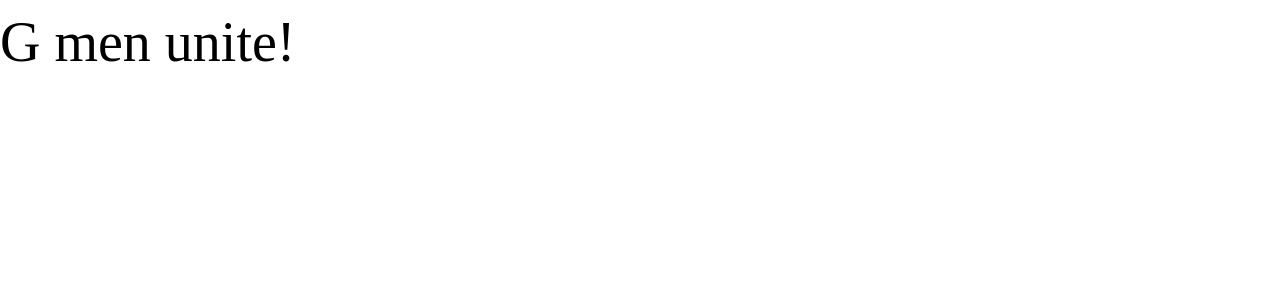
Repository: anthonybrown/website-practice
Page: index.html
These files come from the project's save history. The page is drawn as it stood at one moment and after the next save; the edit follows.
The browser window is 1280 px wide. The pictures show the whole page.

Above is the page before, as saved 2023-04-18 09:09:20.

### index.html
<!DOCTYPE html>
<html lang="en">

<head>
  <meta charset="UTF-8" />
  <link rel="icon" type="image/svg+xml" href="/vite.svg" />
  <meta name="viewport" content="width=device-width, initial-scale=1.0" />
  <title>Vite App</title>
  <link rel="preconnect" href="https://fonts.googleapis.com">
  <link rel="preconnect" href="https://fonts.gstatic.com" crossorigin>
  <link href="https://fonts.googleapis.com/css2?family=Be+Vietnam+Pro:wght@400;500;700&display=swap" rel="stylesheet">
  <link rel="stylesheet" href="style.css">
</head>

<body>
  <h1 class="fs-primary-heading">G men unite!</h1>
  <script type="module" src="/main.js"></script>
</body>

</html>

### style.css
:root {
  --clr-accent-400: hsl(12, 88%, 59%);
  --clr-accent-100: hsl(13, 100%, 96%);

  --clr-primary-400: hsl(228, 39%, 23%);

  --clr-neutral-100: hsl(232, 12%, 13%);
  --clr-neutral-900: hsl(0, 0%, 0%);

  --ff-primary: 'Be Vietnam Pro', sans-serif;

  --ff-body: var(--ff-primary);
  --ff-heading: var(--ff-primary);

  --fw-regular: 400;
  --fw-semi-bold: 500;
  --fw-bold: 700;

  --fs-300: 0.8125rem;
  --fs-400: 0.875rem;
  --fs-500: 0.9375rem;
  --fs-600: 1rem;
  --fs-700: 1.875rem;
  --fs-800: 2.5rem;
  --fs-900: 3.5rem;

  --fs-body: var(--fs-400);
  --fs-primary-heading: var(--fs-800);
  --fs-secondary-heading: var(--fs-700);
  --fs-nav: var(--fs-500);
  --fs-button: var(--fs-300);
}

@media (min-width: 50em) {
  :root {
    --fs-body: var(--fs-500);
    --fs-primary-heading: var(--fs-900);
    --fs-secondary-heading: var(--fs-800);

    --fs-nav: var(--fs-300);
  }
}

/* Box sizing rules */
*,
*::before,
*::after {
  box-sizing: border-box;
}

/* Remove default margin */

* {
  margin: 0;
  padding: 0;
  font: inherit;
}

/* Remove list styles on ul, ol elements with a list role, which suggests default styling will be removed */
ul[role='list'],
ol[role='list'] {
  list-style: none;
}

/* Set core root defaults */
html:focus-within {
  scroll-behavior: smooth;
}

html,
body {
  height: 100%;
}

/* Set core body defaults */
body {
  text-rendering: optimizeSpeed;
  line-height: 1.5;
}

/* A elements that don't have a class get default styles */
a:not([class]) {
  text-decoration-skip-ink: auto;
}

/* Make images easier to work with */
img,
svg,
picture {
  max-width: 100%;
  display: block;
}


/* Remove all animations, transitions and smooth scroll for people that prefer not to see them */
@media (prefers-reduced-motion: reduce) {
  html:focus-within {
    scroll-behavior: auto;
  }

  *,
  *::before,
  *::after {
    animation-duration: 0.01ms !important;
    animation-iteration-count: 1 !important;
    transition-duration: 0.01ms !important;
    scroll-behavior: auto !important;
  }
}

/* Utility Classes */

.text-primary-400 {
  color: var(--clr-primary-400)
}

.text-accent-400 {
  color: var(--clr-accent-400)
}

.text-neutral-100 {
  color: var(--clr-neutral-100)
}

.text-neutral-900 {
  color: var(--clr-neutral-900)
}

.bg-primary-400 {
  background-color: var(--clr-primary-400)
}

.bg-accent-400 {
  background-color: var(--clr-accent-400)
}

.bg-neutral-100 {
  background-color: var(--clr-neutral-100)
}

.bg-neutral-900 {
  background-color: var(--clr-neutral-900)
}

.fw-bold {
  font-weight: var(--fw-bold);
}

.fw-semi-bold {
  font-weight: var(--fw-semi-bold);
}

.fw-regular {
  font-weight: var(--fw-regular);
}


.fs-primary-heading {
  font-size: var(--fs-primary-heading);
}

.fs-secondary-heading {
  font-size: var(--fs-secondary-heading);
}

.fs-300 {
  font-size: var(--fs-300);
}

.fs-400 {
  font-size: var(--fs-400);
}

.fs-500 {
  font-size: var(--fs-500);
}

.fs-500 {
  font-size: var(--fs-500);
}

Loaded but not shown: main.js (empty)

After the next save:
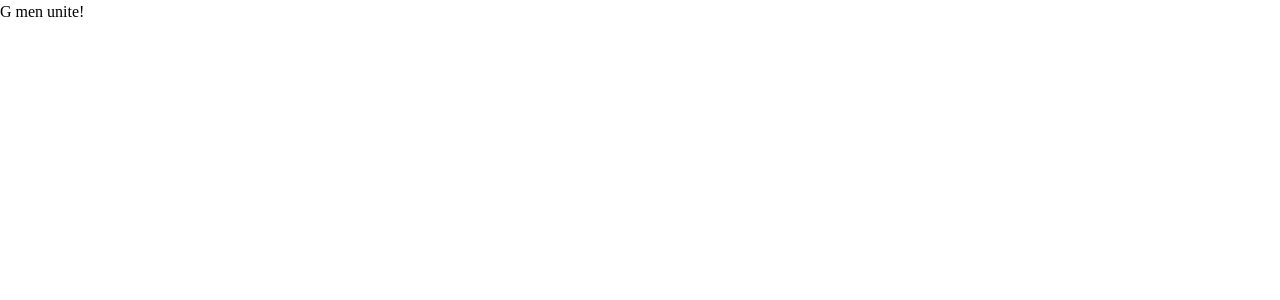
Saved 41 s later.
--- a/index.html
+++ b/index.html
@@ -13,7 +13,7 @@
 </head>
 
 <body>
-  <h1 class="fs-primary-heading">G men unite!</h1>
+  <h1 class="fs-900">G men unite!</h1>
   <script type="module" src="/main.js"></script>
 </body>
 

After the save that followed:
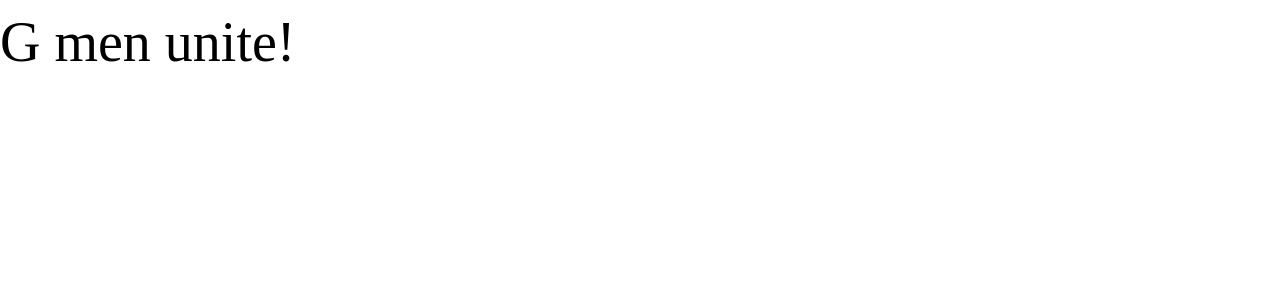
Saved 11 s later.
--- a/index.html
+++ b/index.html
@@ -13,7 +13,7 @@
 </head>
 
 <body>
-  <h1 class="fs-900">G men unite!</h1>
+  <h1 class="fs-primary-heading">G men unite!</h1>
   <script type="module" src="/main.js"></script>
 </body>
 
